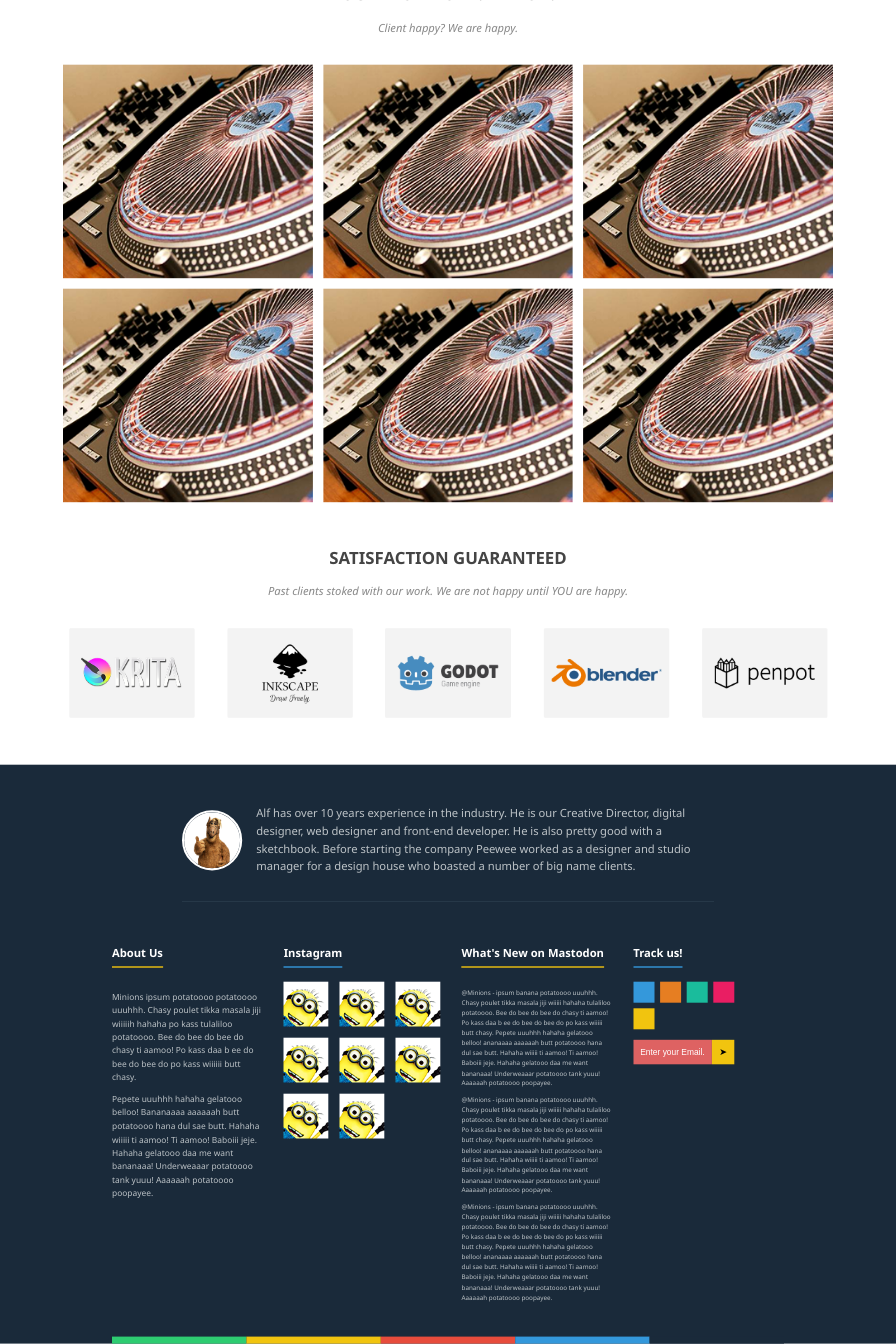
Repository: DavidYoo5/Project-1-Lab-2B-Assignment
Page: Project-1-Lab-2B-Assignment/index.html
The author's editor kept a copy of each file at every save. The page is drawn from the files as they stood at one save, then again after the next save.
The browser window is 1280 px wide. The pictures show the part of the page from y = 2008 to 3928 px (the page is 3928 px tall before and 3842 px after), at 70% of full size.

Above is the page before, as saved 2026-01-28 15:54:02.

### Project-1-Lab-2B-Assignment/index.html
<!doctype html>
<html lang="en">
  <head>
    <meta charset="utf-8" />
    <meta name="viewport" content="width=device-width, initial-scale=1" />
    <title>Metrolics</title>
    <!-- <link rel="stylesheet" href="css/style.css"> -->
    <meta name="description" content="website for lab 2" />
    <link rel="stylesheet" href="style.css" />

    <!-- <meta property="og:title" content="">
  <meta property="og:type" content="">
  <meta property="og:url" content="">
  <meta property="og:image" content="">
  <meta property="og:image:alt" content="">

  <link rel="icon" href="/favicon.ico" sizes="any">
  <link rel="icon" href="/icon.svg" type="image/svg+xml">
  <link rel="apple-touch-icon" href="icon.png">
   <script src="js/app.js"></script>


  <link rel="manifest" href="site.webmanifest"> -->
    <meta name="theme-color" content="#fafafa" />
  </head>

  <body>
    <header class="site-header">
      <div class="header-container">
        <div class="logoAndHeading">
          <h1>Metrolics</h1>
          <div class="logo-vectors">
            <svg
              id="Layer_2"
              data-name="Layer 2"
              xmlns="http://www.w3.org/2000/svg"
              viewBox="0 0 111.31 111.31"
            >
              <defs>
                <style>
                  .cls-1 {
                    fill: #1691bd;
                  }

                  .cls-1,
                  .cls-2,
                  .cls-3,
                  .cls-4 {
                    fill-rule: evenodd;
                  }

                  .cls-2 {
                    fill: #25c389;
                  }

                  .cls-3 {
                    fill: #de6262;
                  }

                  .cls-4 {
                    fill: #ffb901;
                  }
                </style>
              </defs>
              <g id="Layer_1-2" data-name="Layer 1">
                <path class="cls-4" d="M74.21,0h37.1v37.1h-37.1V0Z" />
                <path class="cls-2" d="M0,0h37.1v37.1H0V0Z" />
                <path class="cls-1" d="M37.1,37.1h37.1v37.1h-37.1v-37.1Z" />
                <path class="cls-4" d="M0,74.21h37.1v37.1H0v-37.1Z" />
                <path class="cls-3" d="M74.21,74.21h37.1v37.1h-37.1v-37.1Z" />
              </g>
            </svg>
          </div>
        </div>
        <div class="main-nav-container">
          <nav class="main-nav">
            <a href="#" class="nav-home">Home ></a>
            <a href="#" class="nav-portfolio">Portfolio ></a>
            <a href="#" class="nav-blog">Blog ></a>
            <a href="#" class="nav-quo">Quo Vadis? ></a>
            <a href="#" class="nav-chat">Let's Chat ></a>
          </nav>
        </div>
      </div>
    </header>

    <section class="hero">
      <div class="hero-content">
        <h1 class="hero-title">Metro Style</h1>
        <h2 class="hero-subtitle">Quick on the feet</h2>
        <h3 class="hero-tagline">Metro Styling reinvented</h3>
      </div>
      <img
        src="img/00c1b9f08d738d1023baf2062988c56225701209.png"
        alt="Hero Image"
        class="hero-img"
      />
    </section>

    <section class="intro">
      <h2>Hi folks! We are the <span>Metrolics</span> design studio.</h2>
      <p>With our help, the sky's the limit to express your creativity!</p>
    </section>

    <section class="services">
      <div class="section-heading pink-border">
        <h3>Things That We Do</h3>
        <p>Full service design solutions</p>
      </div>
      <div class="services-grid">
        <div class="service-item">
          <div class="icon-box yellow">💡</div>
          <h4>Web Solutions</h4>
          <p>
            We are a fairly small, flexible design studio that designs for print
            and web. We work flexibly with clients.
          </p>
        </div>
        <div class="service-item">
          <div class="icon-box green">📷</div>
          <h4>Photography</h4>
          <p>
            We are a fairly small, flexible design studio that designs for print
            and web. We work flexibly with clients.
          </p>
        </div>
        <div class="service-item">
          <div class="icon-box red">☝️</div>
          <h4>App Development</h4>
          <p>
            We are a fairly small, flexible design studio that designs for print
            and web. We work flexibly with clients.
          </p>
        </div>
        <div class="service-item">
          <div class="icon-box blue">✏️</div>
          <h4>UX Design</h4>
          <p>
            We are a fairly small, flexible design studio that designs for print
            and web. We work flexibly with clients.
          </p>
        </div>
      </div>
    </section>

    <section class="blog">
      <div class="section-heading">
        <h3>What's Up Lately?</h3>
        <p>Read up on our latest work</p>
      </div>
      <div class="blog-grid">
        <div class="blog-card">
          <img
            src="img/9d8936101658556ea729473327b08b9089fea2ca.png"
            alt="Blog"
          />
          <div class="blog-info">
            Sample Image Post <span>Photography</span>
          </div>
        </div>
        <div class="blog-card">
          <img
            src="img/9d8936101658556ea729473327b08b9089fea2ca.png"
            alt="Blog"
          />
          <div class="blog-info">
            Sample Image Post <span>Photography</span>
          </div>
        </div>
        <div class="blog-card">
          <img
            src="img/9d8936101658556ea729473327b08b9089fea2ca.png"
            alt="Blog"
          />
          <div class="blog-info">
            Sample Image Post <span>Photography</span>
          </div>
        </div>
      </div>
    </section>

    <section class="portfolio">
      <div class="section-heading">
        <h3>Our Best Work. Period.</h3>
        <p>Client happy? We are happy.</p>
      </div>
      <div class="portfolio-grid">
        <img
          src="img/9d8936101658556ea729473327b08b9089fea2ca.png"
          alt="Work"
        />
        <img
          src="img/9d8936101658556ea729473327b08b9089fea2ca.png"
          alt="Work"
        />
        <img
          src="img/9d8936101658556ea729473327b08b9089fea2ca.png"
          alt="Work"
        />
        <img
          src="img/9d8936101658556ea729473327b08b9089fea2ca.png"
          alt="Work"
        />
        <img
          src="img/9d8936101658556ea729473327b08b9089fea2ca.png"
          alt="Work"
        />
        <img
          src="img/9d8936101658556ea729473327b08b9089fea2ca.png"
          alt="Work"
        />
      </div>
    </section>

    <section class="clients">
      <div class="section-heading">
        <h3>Satisfaction Guaranteed</h3>
        <p>
          Past clients stoked with our work. We are not happy until YOU are
          happy.
        </p>
      </div>
      <div class="client-grid">
        <div class="client-box"><img src="Client-Krita.png" alt="Krita" /></div>
        <div class="client-box">
          <img src="img/Client-Inkscape.png" alt="Inkscape" />
        </div>
        <div class="client-box"><img src="Client-Godot.png" alt="Godot" /></div>
        <div class="client-box">
          <img src="img/Client-Blender.png" alt="Blender" />
        </div>
        <div class="client-box">
          <img src="img/Client-Penpot.png" alt="Penpot" />
        </div>
      </div>
    </section>

    <footer class="site-footer">
      <div class="content-in-footer">
        <div class="footer-top">
          <img
            src="img/87e668f15f35aacbb73c4f1a013d22e3d90bf0ea.png"
            alt="Alf"
            class="footer-avatar"
          />
          <p>
            Alf has over 10 years experience in the industry. He is our Creative
            Director, digital designer, web designer and front-end developer. He
            is also pretty good with a sketchbook. Before starting the company
            Peewee worked as a designer and studio manager for a design house
            who boasted a number of big name clients.
          </p>
        </div>

        <div class="footer-main">
          <div class="footer-col">
            <h4 class="footer-h yellow-underline">About Us</h4>
            <p class="about-us-p">
              Minions ipsum potatoooo potatoooo uuuhhh. Chasy poulet tikka
              masala jiji wiiiiih hahaha po kass tulaliloo potatoooo. Bee do bee
              do bee do chasy ti aamoo! Po kass daa b ee do bee do bee do po
              kass wiiiiii butt chasy.
            </p>
            <p class="about-us-p">
              Pepete uuuhhh hahaha gelatooo belloo! Bananaaaa aaaaaah butt
              potatoooo hana dul sae butt. Hahaha wiiiii ti aamoo! Ti aamoo!
              Baboiii jeje. Hahaha gelatooo daa me want bananaaa! Underweaaar
              potatoooo tank yuuu! Aaaaaah potatoooo poopayee.
            </p>
          </div>
          <div class="footer-col">
            <h4 class="footer-h blue-underline">Instagram</h4>
            <div class="insta-grid">
              <img
                src="img/a1e67b2d3c8bb07d5fb83b2f349484c7c0fd2724.png"
                alt="insta"
              />
              <img
                src="img/a1e67b2d3c8bb07d5fb83b2f349484c7c0fd2724.png"
                alt="insta"
              />
              <img
                src="img/a1e67b2d3c8bb07d5fb83b2f349484c7c0fd2724.png"
                alt="insta"
              />
              <img
                src="img/a1e67b2d3c8bb07d5fb83b2f349484c7c0fd2724.png"
                alt="insta"
              />
              <img
                src="img/a1e67b2d3c8bb07d5fb83b2f349484c7c0fd2724.png"
                alt="insta"
              />
              <img
                src="img/a1e67b2d3c8bb07d5fb83b2f349484c7c0fd2724.png"
                alt="insta"
              />
              <img
                src="img/a1e67b2d3c8bb07d5fb83b2f349484c7c0fd2724.png"
                alt="insta"
              />
              <img
                src="img/a1e67b2d3c8bb07d5fb83b2f349484c7c0fd2724.png"
                alt="insta"
              />
            </div>
          </div>
          <div class="footer-mastodon">
            <h4 class="footer-h yellow-underline">What's New on Mastodon</h4>
            <p class="mastodon-p">
              <span>@Minions</span> - ipsum banana potatoooo uuuhhh. Chasy
              poulet tikka masala jiji wiiiii hahaha tulaliloo potatoooo. Bee do
              bee do bee do chasy ti aamoo! Po kass daa b ee do bee do bee do po
              kass wiiiii butt chasy. Pepete uuuhhh hahaha gelatooo belloo!
              ananaaaa aaaaaah butt potatoooo hana dul sae butt. Hahaha wiiiii
              ti aamoo! Ti aamoo! Baboiii jeje. Hahaha gelatooo daa me want
              bananaaa! Underweaaar potatoooo tank yuuu! Aaaaaah potatoooo
              poopayee.
            </p>
            <p class="mastodon-p">
              <span>@Minions</span> - ipsum banana potatoooo uuuhhh. Chasy
              poulet tikka masala jiji wiiiii hahaha tulaliloo potatoooo. Bee do
              bee do bee do chasy ti aamoo! Po kass daa b ee do bee do bee do po
              kass wiiiii butt chasy. Pepete uuuhhh hahaha gelatooo belloo!
              ananaaaa aaaaaah butt potatoooo hana dul sae butt. Hahaha wiiiii
              ti aamoo! Ti aamoo! Baboiii jeje. Hahaha gelatooo daa me want
              bananaaa! Underweaaar potatoooo tank yuuu! Aaaaaah potatoooo
              poopayee.
            </p>
            <p class="mastodon-p">
              <span>@Minions</span> - ipsum banana potatoooo uuuhhh. Chasy
              poulet tikka masala jiji wiiiii hahaha tulaliloo potatoooo. Bee do
              bee do bee do chasy ti aamoo! Po kass daa b ee do bee do bee do po
              kass wiiiii butt chasy. Pepete uuuhhh hahaha gelatooo belloo!
              ananaaaa aaaaaah butt potatoooo hana dul sae butt. Hahaha wiiiii
              ti aamoo! Ti aamoo! Baboiii jeje. Hahaha gelatooo daa me want
              bananaaa! Underweaaar potatoooo tank yuuu! Aaaaaah potatoooo
              poopayee.
            </p>
          </div>

          <div class="footer-track-us">
            <h4 class="footer-h blue-underline">Track us!</h4>
            <div class="social-squares">
              <div class="sq blue"></div>
              <div class="sq orange"></div>
              <div class="sq cyan"></div>
              <div class="sq pink"></div>
              <div class="sq gold"></div>
            </div>

            <div class="newsletter">
              <input type="text" placeholder="Enter your Email..." />
              <button>➤</button>
            </div>
          </div>
        </div>
        <div class="footer-bottom-bar">
          <div class="bar-green"></div>
          <div class="bar-yellow"></div>
          <div class="bar-red"></div>
          <div class="bar-blue"></div>
          <div class="bar-dark"></div>
        </div>
      </div>
    </footer>
  </body>
</html>

### Project-1-Lab-2B-Assignment/style.css
/* --- Body --- */

body {
  font-family: "Segoe UI", Tahoma, Geneva, Verdana, sans-serif;
  color: #444;
  line-height: 1.6;
  text-align: center;
  height: 100vh;
  width: 100vw;
  margin: 0px;
}

/* --- Header & Nav --- */
.site-header {
  background: #fff;
  padding-left: 10;
}

.header-container {
  max-width: 1100px;
  margin: 0 auto;
  display: flex;
  justify-content: space-between;
  align-items: center;
}

.logoAndHeading {
  font-size: 24px;
  font-weight: bold;
  color: #333;
  display: flex;
  flex-direction: row;
  align-items: center;
  gap: 20px;
}

.logo-vectors {
  display: inline-block;
  width: 20px;
  height: 20px;
  margin-left: 2px;
}

.main-nav a {
  text-decoration: none;
  color: white;
  font-size: 14px;
  font-weight: bold;
}

.nav-home {
  background-color: #2ecc71;
  padding: 0;
  margin: 0;
}

.nav-portfolio {
  background-color: #f1c40f;
  padding: 0;
  margin: 0;
}

.nav-blog {
  background-color: #e74c3c;
  padding: 0;
  margin: 0;
}

.nav-quo {
  background-color: #3498db;
  padding: 0;
  margin: 0;
}

.nav-chat {
  background-color: #34495e;
  padding: 0;
  margin: 0;
}

/* --- Hero Section --- */
.hero {
  position: relative;
  height: 500px;
  overflow: hidden;
}

.hero-img {
  width: 100%;
  height: 100%;
  object-fit: cover;
}

.hero-content {
  position: absolute;
  top: 50%;
  left: 15%;
  transform: translateY(-50%);
  text-align: left;
  z-index: 2;
}

.hero-content h1,
.hero-content h2,
.hero-content h3 {
  background: white;
  padding: 10px 20px;
  margin-bottom: 10px;
  display: table;
  font-weight: normal;
  box-shadow: 2px 2px 5px rgba(0, 0, 0, 0.1);
}

.hero-title {
  border-left: 5px solid #3498db;
  font-size: 28px;
}

.hero-subtitle {
  border-left: 5px solid #e74c3c;
  font-size: 22px;
}

.hero-tagline {
  border-left: 5px solid #f1c40f;
  font-size: 18px;
}

/* --- Sections Common --- */
section {
  max-width: 1100px;
  margin: 60px auto;
  padding: 0 20px;
}

.section-heading {
  margin-bottom: 40px;
}

.section-heading h3 {
  font-size: 24px;
  text-transform: uppercase;
  margin-bottom: 5px;
}

.section-heading p {
  color: #888;
  font-style: italic;
}

.pink-border {
  border: 4px solid #ff00ff;
  padding: 20px;
  display: inline-block;
  width: 100%;
}

/* --- Intro --- */
.intro h2 {
  font-size: 32px;
  font-weight: 300;
}

.intro span {
  color: #3498db;
  font-weight: bold;
}

/* --- Grids --- */
.services-grid,
.blog-grid,
.portfolio-grid,
.client-grid {
  display: grid;
  gap: 30px;
}

.services-grid {
  grid-template-columns: repeat(4, 1fr);
}

.blog-grid {
  grid-template-columns: repeat(3, 1fr);
}

.portfolio-grid {
  grid-template-columns: repeat(3, 1fr);
  gap: 15px;
}

.client-grid {
  grid-template-columns: repeat(5, 1fr);
  align-items: center;
}

/* Icons */
.icon-box {
  font-size: 40px;
  width: 80px;
  height: 80px;
  line-height: 80px;
  margin: 0 auto 20px;
  border: 2px solid;
}

.yellow {
  border-color: #f1c40f;
  color: #f1c40f;
}

.green {
  border-color: #2ecc71;
  color: #2ecc71;
}

.red {
  border-color: #e74c3c;
  color: #e74c3c;
}

.blue {
  border-color: #3498db;
  color: #3498db;
}

/* Blog Cards */
.blog-card img,
.portfolio-grid img {
  width: 100%;
  display: block;
}

.blog-info {
  background: #3498db;
  color: white;
  padding: 10px;
  text-align: left;
  font-size: 14px;
}

.blog-info span {
  float: right;
  font-size: 12px;
  opacity: 0.8;
}

/* --- Footer --- */
.site-footer {
  background: #1a2a3a;
  color: #bdc3c7;
  padding-top: 40px;
  text-align: left;
}

 .content-in-footer {
  max-width: 960px;
  margin: 0 auto;
  padding: 0;
 }


.footer-top {
  max-width: 760px;
  margin: 0 auto 40px;
  display: flex;
  align-items: center;
  gap: 20px;
  border-bottom: 1px solid #2c3e50;
  padding-bottom: 20px;
}

.footer-avatar {
  width: 80px;
  height: 80px;
  border-radius: 50%;
  border: 3px solid #fff;
}

.footer-main {
  max-width: 1100px;
  margin: 0 auto;
  display: grid;
  grid-template-columns: repeat(4, 1fr);
  gap: 30px;
  padding-bottom: 40px;
}


.about-us-p {
  font-size: 12px;
}

.footer-h {
  color: white;
  margin-bottom: 20px;
  padding-bottom: 5px;
  display: inline-block;
}

.yellow-underline {
  border-bottom: 2px solid #f1c40f;
}

.blue-underline {
  border-bottom: 2px solid #3498db;
}

/* Instagram Grid */
.insta-grid {
  display: grid;
  grid-template-columns: repeat(3, 1fr);
  gap: 16px;
}

.insta-grid img {
  width: 100%;
  width: 64px;
  height: 64px;
}

.footer-mastodon {
  max-width: 320px;
}

.mastodon-p {
  font-size: 9px;
}

.footer-track-us {

  max-width: 144px;
}

/* Social Squares */
.social-squares {
  display: grid;
  grid-template-columns: repeat(4, 1fr);
  gap: 8px;
  margin-bottom: 15px;
  max-width: 144px;
}

.sq {
  width: 30px;
  height: 30px;

}

.sq.blue {
  background: #3498db;
}

.sq.orange {
  background: #e67e22;
}

.sq.cyan {
  background: #1abc9c;
}

.sq.pink {
  background: #e91e63;
}

.sq.gold {
  background: #f1c40f;
}

/* Newsletter */
.newsletter {
  display: flex;
  max-width: 143.92px;
}


::placeholder {
  color: #FFFFFF;
  font-size: 12px;
}

.newsletter input {
  background: #DE6262;
  border: none;
  padding: 10px;
  color: white;
  width: 80%;
}

.newsletter button {
  background: #f1c40f;
  border: none;
  padding: 10px;
  cursor: pointer;
}

/* Bottom Color Bar */
.footer-bottom-bar {
  display: flex;
  height: 10px;
}

.footer-bottom-bar div {
  flex: 1;
}

.bar-green {
  background: #2ecc71;
}

.bar-yellow {
  background: #f1c40f;
}

.bar-red {
  background: #e74c3c;
}

.bar-blue {
  background: #3498db;
}

.bar-dark {
  background: #1a2a3a;
}

After the next save:
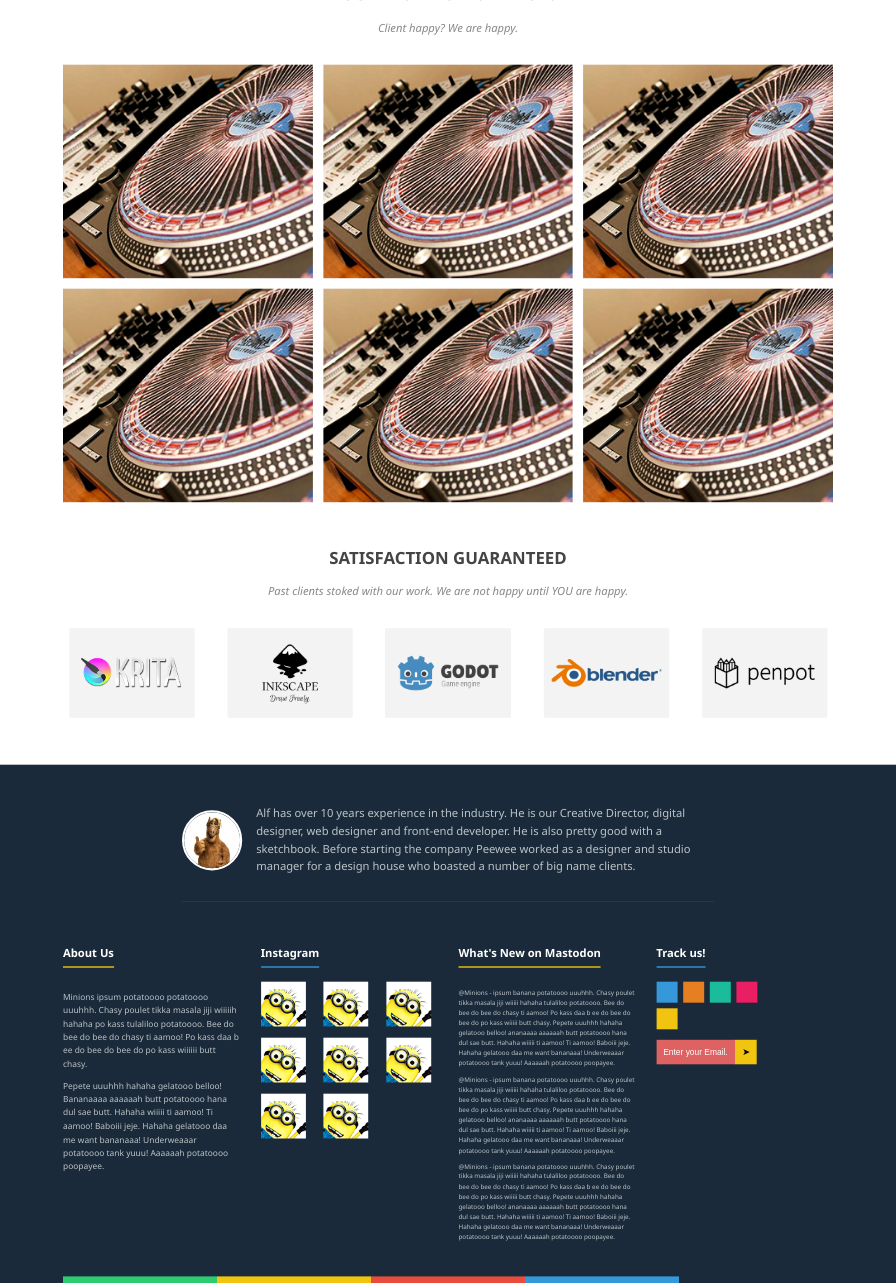
Saved 28 s later.
--- a/Project-1-Lab-2B-Assignment/style.css
+++ b/Project-1-Lab-2B-Assignment/style.css
@@ -253,7 +253,7 @@
 }
 
  .content-in-footer {
-  max-width: 960px;
+  max-width: 1100px;
   margin: 0 auto;
   padding: 0;
  }
